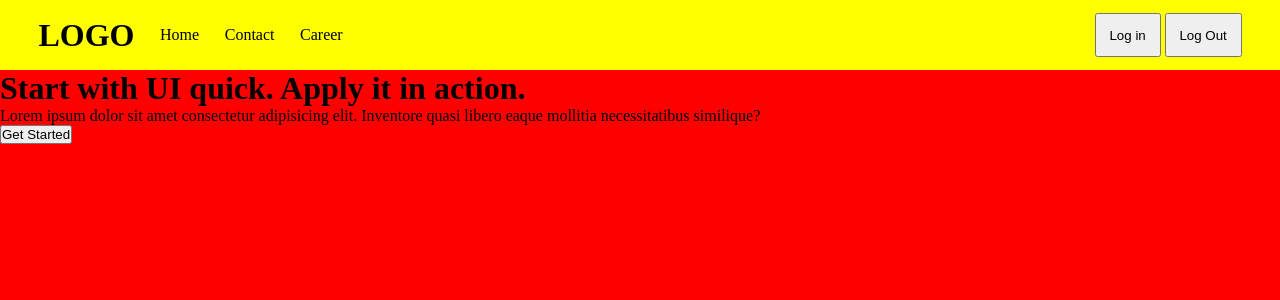
Repository: Ashishchakravartii/landingPage
Page: index.html
The author's editor kept a copy of each file at every save. The page is drawn from the files as they stood at one save, then again after the next save.
The browser window is 1280 px wide. The pictures show the whole page.

Above is the page before, as saved 2024-07-24 12:34:32.

### index.html
<!DOCTYPE html>
<html lang="en">
  <head>
    <meta charset="UTF-8" />
    <meta name="viewport" content="width=device-width, initial-scale=1.0" />
    <title>Document</title>
    <link rel="stylesheet" href="style.css">
  </head>
  <body>
    <div class="main">
     <div class="navBar">
        <div class="navLeft">
        <h1>LOGO</h1>
        <a href="">Home</a>
        <a href="">Contact</a>
        <a href="">Career</a>
        </div>

        <div class="navRight">
            <button>Log in</button>
            <button>Log Out</button>
        </div>
     </div>
     <div class="bottomSec">
        <div class="bottomLeft">
            <h1>Start with UI quick. Apply it in action.</h1>
            <p>Lorem ipsum dolor sit amet consectetur adipisicing elit. Inventore quasi libero eaque mollitia necessitatibus similique?</p>
            <button>Get Started</button>
        </div>
        <div class="bottomRight"></div>
     </div>

    </div>
  </body>
</html>

### style.css
*{
    margin: 0;
    padding: 0;
    box-sizing: border-box;
}
html,
body{
    width: 100%;
    height: 100%;
}

.main{
    width: 100vw;
    height: 100vh;
    background-color: red;
}
.navBar{
    width: 100%;
    background-color: yellow;
    display: flex;
    justify-content: space-between;
    padding: 1vmax 3vmax;
}
.navLeft{
    display: flex;
    gap: 2vmax;
    align-items: center;
}
.navLeft>a{
    text-decoration: none;
    color: black;
}

.navRight>button{
    padding: 1vmax 1vmax;
}

After the next save:
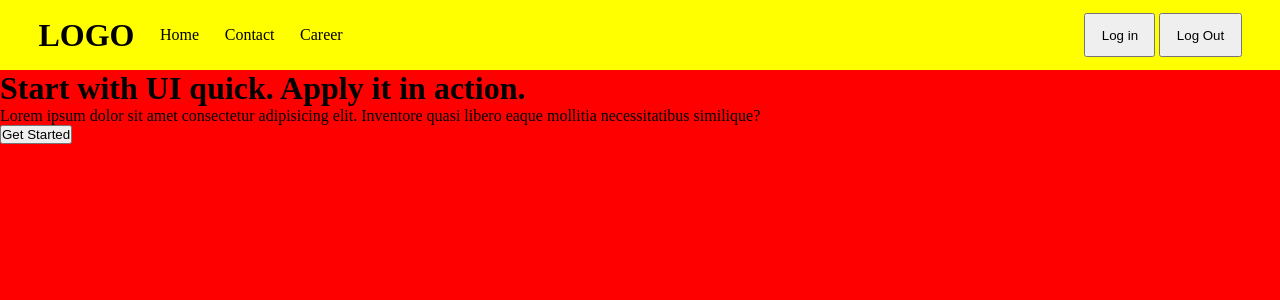
Saved 4 s later.
--- a/style.css
+++ b/style.css
@@ -32,5 +32,5 @@ body{
 }
 
 .navRight>button{
-    padding: 1vmax 1vmax;
+    padding: 1vmax 1.2vmax;
 }
